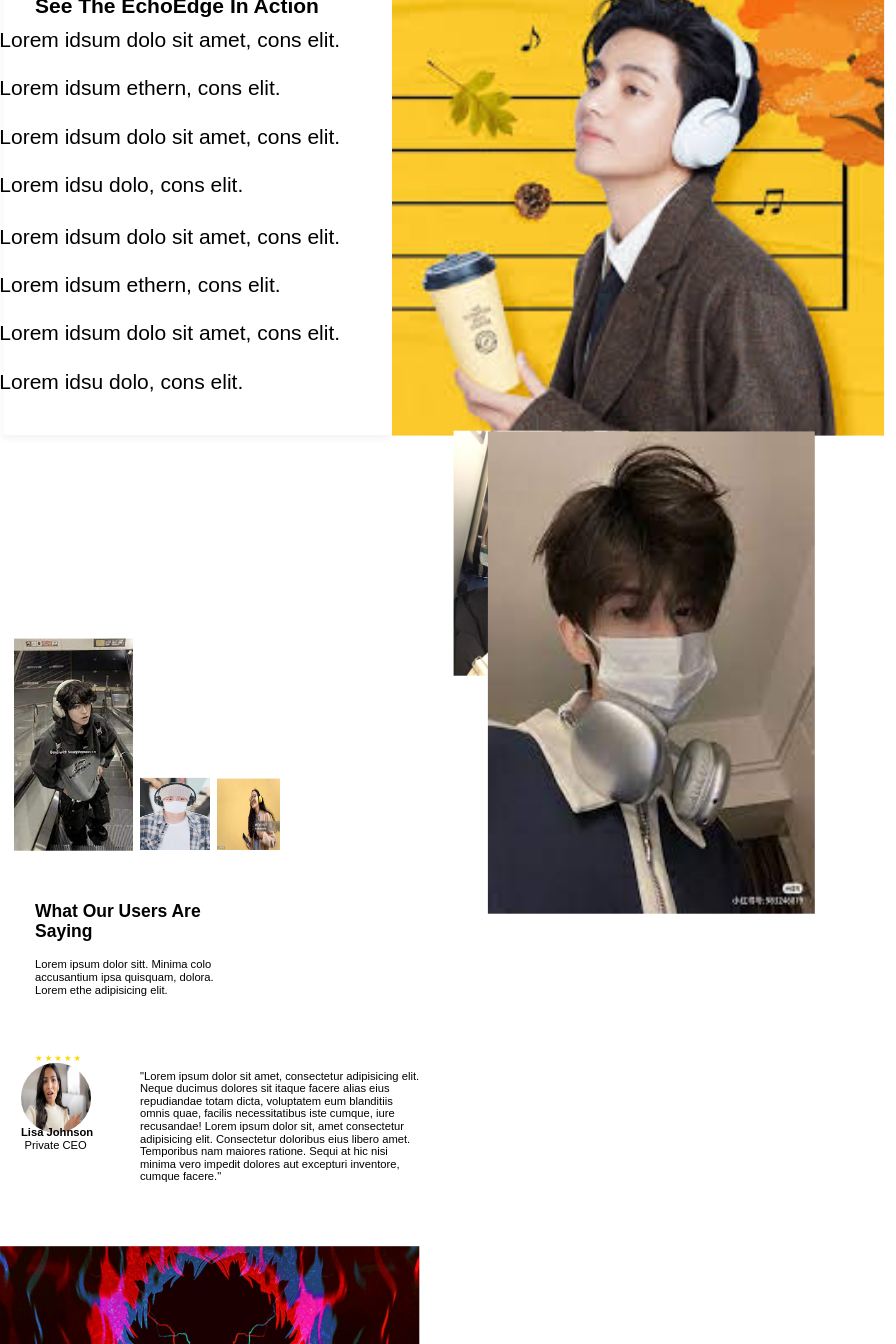
Repository: Femi007-gh/headphones
Page: index.html
These files come from the project's save history. The page is drawn as it stood at one moment and after the next save; the edit follows.
The browser window is 1280 px wide. The pictures show the part of the page from y = 3996 to 5916 px (the page is 6375 px tall), at 70% of full size.

Above is the page before, as saved 2025-03-03 09:33:37.

### index.html
<html>
    <head>
        <title>CSS Project</title>
        <link rel="stylesheet" href="style.css">
    </head>

    <body>
        <div class="whole-div">
          <div>
            <img class="hp1" src="man-hp1.jpg">
                <nav class="navbar">
                  <div class="my-app">EchoEdge</div>
                  <div class="search-bar">
                      <input type="text" placeholder="Search">
                  </div>
                  <div class="nav-links">
                      <a href="#">About</a>
                      <a href="#">Partners</a>
                      <button class="shop">Shop</button>
                  </div>
                </nav>
                <h1 class="head1">Elevate Your</h1>
                <h1 class="head1">Sounds</h1>
                <h1 class="head1">Experience</h1>
                <p class="para1">Lorem ipsum, dolor sit amet n nobis, doloribus.  n nobis, doloribus.</p>

                <p class="para2">
                  Crystal-clear audio
                </p>
                <p class="para3">Noise cancellation</p>
             </div>

            <div class="div1">
              <img class="hp2" src="hp.jpg">
            </div>
            <h1 class="head2">EchoSphere</h1>
            <p class="lorem1">Lorem ipsum dolor sit amet consectetur elit. Commodi magnam magni impedit provident.</p>

            <div class="group1">
              <div class="dot1"></div>
              <p class="black">Blue</p>
            </div>

            <div class="group2">
              <div class="dot2"></div>
              <p class="blue">Black</p>
            </div>
            <div class="group3">
              <div class="dot3"></div>
              <p class="purple">Red</p>
            </div>
            <p class="lorem2">Lorem ipsum dolor sit amet consectetur adipisicing elit. Laborum voluptatum hic numquam.</p>
            <h1 class="dollar">$120.00</h1>
            <button class="but1">Order Now</button>

            <div class="box1">
              <img class="hp1-1" src="hp2.jpg">
            </div>
            <div class="box2">
              <img class="hp2-2" src="hp3.jpg">
            </div>
            <div class="box3">
              <img class="hp3-3" src="hp1.jpg">
            </div>

            <div class="div2"></div>
            <div class="div2-2">
              <img class="person" src="woman-hp1.jpg">
            </div>
            <p class="active">1. Active Noise Cancellation</p>
            <p class="lorem3">Lorem ipsum sit amet elit. Facere ali
              prehenderit eius repellat beatae excepturi.</p>

            <p class="activ">2. Bluetooth 5.2 Connectivity</p>

            <p class="lorem4">Lorem ipsum sit amet elit. Facere ali
              prehenderit eius repellat beatae excepturi.</p>

              <p class="activ">3. High-Definition Sound Driver</p>

              <p class="lorem4">Lorem ipsum sit amet elit. Facere ali.</p>

                <p class="activ">4. 30-Hour Battery Life</p>

                <p class="lorem4">Lorem ipsum sit amet elit. Facere ali
                  prehende reatae excepturi.</p>


            <div class="div3">
              <img class="hp4-4" src="woman-hp4.jpg">
              <p class="lorem7">Lorem ipsum dolor, adipisicing elit. Alias coid harum incidunt.
                sorem ipsum dolor, adipisicing elit. Alias coid harum elit incidunt.</p>
              <p class="lorem9">Alias coid harum elit incidunt.</p>
            </div>
            <div class="div4"></div>
            <div class="div4-4">
              <img class="hp6-6" src="man-hp5.jpg">
            </div>
            <h2 class="head3">See The EchoEdge In Action</h2>
            <p class="lorem10">Lorem idsum dolo sit amet, cons elit.</p>
            <p class="lorem11">Lorem idsum ethern, cons elit.</p>
            <p class="lorem12">Lorem idsum dolo sit amet, cons elit.</p>
            <p class="lorem13">Lorem idsu dolo, cons elit.</p>

            <p class="lorem14">Lorem idsum dolo sit amet, cons elit.</p>
            <p class="lorem15">Lorem idsum ethern, cons elit.</p>
            <p class="lorem16">Lorem idsum dolo sit amet, cons elit.</p>
            <p class="lorem17">Lorem idsu dolo, cons elit.</p>

            <div>
              <img class="cat" src="man-hp3.jpg">
            </div>
            <img class="hp7-7" src="woman-hp2.jpg">
            <p><img class="hp5" src="man-hp4.jpg"></p>
            <p><img class="hp8" src="woman-hp3.jpg"></p>
            <p><img class="hp9" src="man-hp2.jpg"></p>
            <p class="para4">What Our Users Are Saying</p>
              <p class="lorem1-1">Lorem ipsum dolor sitt. Minima colo
                accusantium ipsa quisquam, dolora.</p>
                <p class="lorem2-2">Lorem ethe adipisicing elit.</p>
                <div class="stars">★★★★★</div>
                <img class="circle-image" src="woman-hp5.jpg">
                <p class="lorem3-3">"Lorem ipsum dolor sit amet, consectetur adipisicing elit. Neque ducimus dolores sit itaque facere alias eius repudiandae totam dicta, voluptatem eum blanditiis omnis quae, facilis necessitatibus iste cumque, iure recusandae! Lorem ipsum dolor sit, amet consectetur adipisicing elit. Consectetur doloribus eius libero amet. Temporibus nam maiores ratione. Sequi at hic nisi minima vero impedit dolores aut excepturi inventore, cumque facere."</p>
                <p class="lisa">Lisa Johnson</p>
                <p class="work">Private CEO</p>
                <p class="quote"></p>
                <div class="div5">
                  <img class="mashmello" src="Phonk.jpg">
                </div>
            <p class="para5">Subscribe to our newsletter</p>
            <p class="mash">Headphones are not to be used all the time.</p>
            <p class="mello">Take breaks from them when necessary to avoid bursting of eardrum.</p>
            <p class="message">Availble 10 percent discount this black friday</p>
                <div class="subscribe-container">
                  <input type="email" placeholder="Enter email">
                  <button>Subscribe</button>
        </div>
    </body>
</html>

### style.css
  body{
    font-family: Arial;
  }
  .whole-div{
    background-color: white;
    width: 600px;
    height: 310px;
    margin-left: -8px;
  }
  .hp1{
    width: 1260px;
    height: 1250px;
    margin-top: -25px;
  }
  .navbar {
    display: flex;
    justify-content: space-between;
    align-items: center;
    margin-top: -520px;
    padding: 10px 20px;
    font-family: Arial;
    font-size: 60px;
    width: 200px;
    margin-top: -1200px;
  }
  .my-app {
    font-weight: bold;
    color: aquamarine;
  }
  .search-bar input {
    padding: 5px;
    border: 1px solid #fff;
    height: 60px;
    width: 280px;
    background-color: rgb(72, 72, 234);
  }
  .nav-links {
    display: flex;
    gap: 15px;
  }
  .nav-links a {
    text-decoration: none;
    color: aquamarine;
    font-weight: bold;
  }
  .shop {
    background-color: rgb(74, 74, 234);
    color: white;
    padding: 5px 10px;
    padding-left: 20px;
    padding-right: 20px;
    border-color: white;
    cursor: pointer;
    width: 150px;
  }
  .head1{
  color: blue;
  margin-left: 30px;
  font-size: 60px;
  }
  .para1{
  color: rgb(240, 48, 186);
  width: 300px;
  margin-left: 30px;
  font-size: 40px;
  }
  .para2{
  color: aquamarine;
  margin-left: 30px;
  margin-top: 70px;
  font-size: 40px;
  }
  .para3{
  color: rgb(240, 215, 48);
  margin-left: 30px;
  font-size: 40px;
  }

  .div1{
  background-color: #fff;
  width: 600px;
  height: 500px;
  margin-top: 300px;
  margin-left: -30px;
  }
  .hp2{
  width: 800px;
  height: 680px;
  margin-top: 13px;
  margin-left: 30px;
  }
  .head2{
  margin-top: -460px;
  margin-left: 850px;
  font-size: 60px;
  color: blue;
  }
  .lorem1{
  margin-left: 850px;
  width: 350px;
  font-size: 30px;
  }
  .group1{
  background-color: white;
  width: 80px;
  height: 30px;
  margin-left: 850px;
  box-shadow: 10px 10px 20px rgba(0, 0, 0, 0.2);
  }
  .dot1{
    width: 20px;
    height: 20px;
    margin-left: 2px;
    margin-top: 4px;
    background-color: blue;
    border-radius: 50%;
    display: inline-block;
  }
  .black{
  margin-left: 25px;
  margin-top: -16px;
  font-size: 13px;
  }
  .group2{
  background-color: white;
  width: 80px;
  height: 30px;
  margin-left: 980px;
  box-shadow: 10px 10px 20px rgba(0, 0, 0, 0.2);
  margin-top: -30px;
  }
  .dot2{
    width: 20px;
    height: 20px;
    margin-left: 2px;
    margin-top: 4px;
    background-color: black;
    border-radius: 50%;
    display: inline-block;
  }
  .blue{
  margin-left: 25px;
  margin-top: -16px;
  font-size: 13px;
  }
  .group3{
    background-color: white;
    width: 80px;
    height: 30px;
    margin-left: 1120px;
    box-shadow: 10px 10px 20px rgba(0, 0, 0, 0.2);
    margin-top: -30px;
  }
  .dot3{
    width: 20px;
    height: 20px;
    margin-left: 2px;
    margin-top: 4px;
    background-color: red;
    border-radius: 50%;
    display: inline-block;
  }
  .purple{
  margin-left: 25px;
  margin-top: -16px;
  font-size: 13px;
  }
  .lorem2{

  margin-left: 850px;
  width: 350px;
  font-size: 30px;
  }
  .dollar{
  margin-left: 850px;
  margin-top: -10px;
  font-size: 40px;
  }
  .but1{
  margin-left: 1100px;
  margin-top: -80px;
  background-color: rgb(234, 234, 34);
  width: 100px;
  height: 50px;
  }
  .box1 {
      width: 120px;
      height: 100px;
      border: 2px solid black;
      background-color: white;
      margin-left: 840px;
      margin-top: -20px;
  }
  .hp1-1{
    width: 100px;
    height: 100px;
    margin-top: 0px;
  }

  .box2 {
    width: 120px;
    height: 100px;
    border: 2px solid black;
    background-color: white;
    margin-left: 955px;
    margin-top: -104px;
  }
  .hp2-2{
  width: 100px;
  height: 100px;
  margin-top: 0px;
  }

  .box3 {
      width: 120px;
      height: 100px;
      border: 2px solid black;
      background-color: white;
      margin-left: 1075px;
      margin-top: -104px;
  }
  .hp3-3{
  width: 100px;
  height: 100px;
  margin-top: 0px;
  }

  .div2{
  background-color: #fff;
  width: 600px;
  height: 500px;
  margin-top: 70px;
  }
  .div2-2{
  width: 1259px;
  height: 570px;
  margin-top: -571px;
  border: 2px solid rgba(215, 214, 214, 0.772);
  background-color: white;
  }
  .active{
  margin-left: 10px;
  margin-top: -570px;
  font-weight: bold;
  font-size: 35px;
  }
  .lorem3{
  width: 555px;
  margin-left: 10px;
  font-size: 30px;
  margin-top: -30px;
  }

  .activ {
    font-weight: bold;
    font-size: 35px;
    margin-top: -10px;
  }

  .lorem4 {
  width: 555px;
  margin-left: 10px;
  font-size: 30px;
  margin-top: -30px;
  }

  .lorem5{
  width: 145px;
  margin-left: 10px;
  margin-top: 25px;
  font-size: 12px;
  }
  .lorem6{
  width: 145px;
  margin-left: 220px;
  margin-top: -55px;
  font-size: 20px;
  }
  #text{
  margin-left: 180px;
  }
  .person{
  width: 740px;
  margin-left: 519px;
  height: 570px;
  }
  .hp4-4{
  width: 1265px;
  height: 1450px;
  margin-top: -14px;
  }
  .lorem7{
  color: white;
  margin-top: -87px;
  margin-left: 100px;
  }
  .lorem8{
  color: white;
  margin-left: 120px;
  margin-top: -10px;
  font-size: 13px;
  }
  .lorem9{
  color: white;
  font-size: 13px;
  margin-left: 220px;
  margin-top: -10px;
  }
  .div4{
  background-color: white;
  width: 600px;
  height: 1000px;
  }
  .div4-4{
  width: 553px;
  max-width: 800px;
  margin-top: -950px;
  margin-left: 5px;
  height: 667px;
  background-color: white;
  border-radius: 4px;
  box-shadow: 0px 4px 10px rgba(120, 120, 120, 0.1);
  }
  .head3{
  margin-top: -630px;
  margin-left: 50px;
  }
  .lorem10{
  margin-left: 70px;
  margin-top: -10px;
  }
  .lorem11{
  margin-left: 70px;
  margin-top: -15px;
  }
  .lorem12{
  margin-left: 70px;
  margin-top: -15px;
  }

  .lorem13 {
    margin-left: 70px;
    margin-top: -15px;
    margin-bottom: 200px;
  }

  .lorem14{
    margin-left: 70px;
    margin-top: -10px;
    }
    .lorem15{
    margin-left: 70px;
    margin-top: -15px;
    }
    .lorem16{
    margin-left: 70px;
    margin-top: -15px;
    }

    .lorem17 {
      margin-left: 70px;
      margin-top: -15px;
      margin-bottom: 200px;
    }

  .hp6-6{
  width: 703px;
  margin-left: 555px;
  margin-top: -35px;
  background-color: white;
  }
  .cat{
  width: 170px;
  margin-top: 150px;
  margin-left: 20px;
  }
  .hp7-7{
  width: 250px;
  height: 350px;
  margin-top: -600px;
  margin-left: 648px;
  }
  .hp5{
  width: 100px;
  height: 103px;
  margin-left: 200px;
  margin-top: -120px;
  }
  .hp8{
  width: 90px;
  height: 102px;
  margin-left: 310px;
  margin-top: -135px;
  }
  .hp9{
  width: 467px;
  height: 689;
  margin-top: -647px;
  margin-left: 697px;
  }

  .para4{
  font-weight: bold;
  font-size: 25px;
  margin-top: -35px;
  margin-left: 50px;
  width: 300px;
  }
  .lorem1-1{
  width: 300px;
  margin-left: 50px;
  }
  .lorem2-2{
  margin-left: 50px;
  margin-top: -15px;
  }
  .stars {
    font-size: 12px;
    color: gold;
    letter-spacing: 3px;
    margin-left: 50px;
    margin-top: 80px;
  }
  .circle-image{
  width: 100px;
  height: 100px;
  border-radius: 160px;
  margin-left: 30px;
  }
  .lorem3-3{
  margin-left: 200px;
  margin-top: -90px;
  }
  .lisa{
  margin-top: -98px;
  margin-left: 30px;
  font-weight: bold;
  }
  .work{
  margin-left: 35px;
  margin-top: -15px;
  }
  .mashmello{
  margin-top: 35px;
  width: 599px;
  }
  .para5{
  color: white;
  margin-top: -300px;
  margin-left: 170px;
  font-size: 20px;
  font-weight: bold;
  }
  .div5{
  margin-top: 100px;
  }
  .mash{
  color: #00E5FF;
  margin-left: 200px;
  }
  .mello{
  color: #B0B0B0;
  margin-left: 130px;
  margin-top: -15;
  }
  .message{
  color: #FF1493;
  margin-left: 200px;
  margin-top: -15px;
  }

  .subscribe-container {
    display: flex;
    background: rgba(255, 255, 255, 0.1);
    padding: 10px;
    border-radius: 8px;
    margin-top: 65px;
    margin-left: 130px;
  }
  input {
    background: transparent;
    border: 1px solid white;
    padding: 10px;
    color: white;

    width: 200px;
  }
  input::placeholder {
    color: rgba(255, 255, 255, 0.7);
  }
  button {
    background: transparent;
    border: 1px solid white;
    color: white;
    padding: 10px;
    cursor: pointer;
    margin-left: 10px;
  }
  button:hover {
    background: white;
    color: black;
  }

  .lorem10, .lorem11, .lorem12,.lorem13, .head3, .lorem14, .lorem15, .lorem16, .lorem17 {
     font-size: 30px;
  }
  .lorem10, .lorem11, .lorem12,.lorem13, .lorem14, .lorem15, .lorem16, .lorem17 {
    margin-left: -1px;
  }
  .lorem10, .lorem11, .lorem12, .lorem13, .lorem14, .lorem15, .lorem16 {
    margin-bottom: 50px;
  }

After the next save:
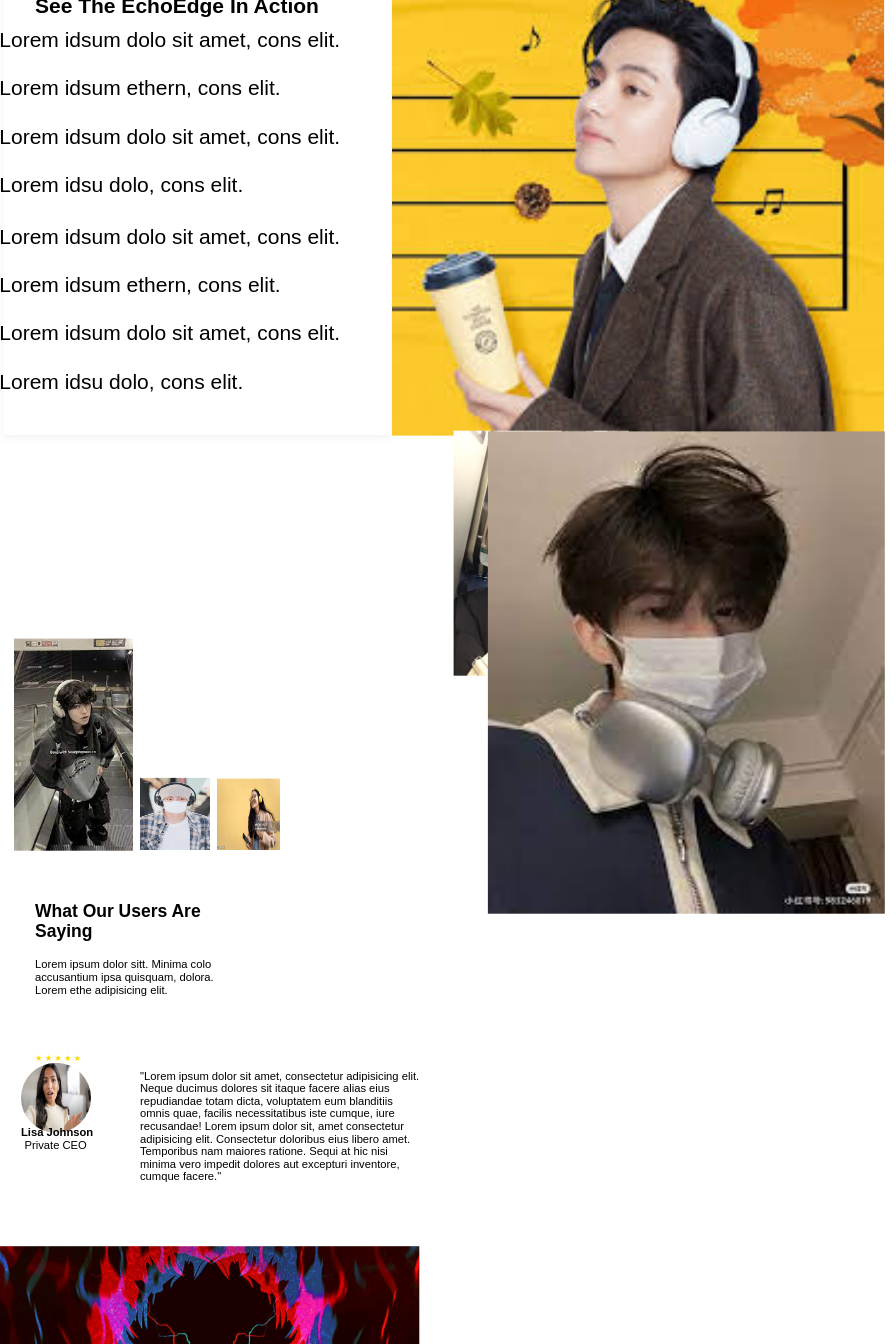
Saved 15 s later.
--- a/style.css
+++ b/style.css
@@ -393,7 +393,7 @@
   margin-top: -135px;
   }
   .hp9{
-  width: 467px;
+  width: 567px;
   height: 689;
   margin-top: -647px;
   margin-left: 697px;
